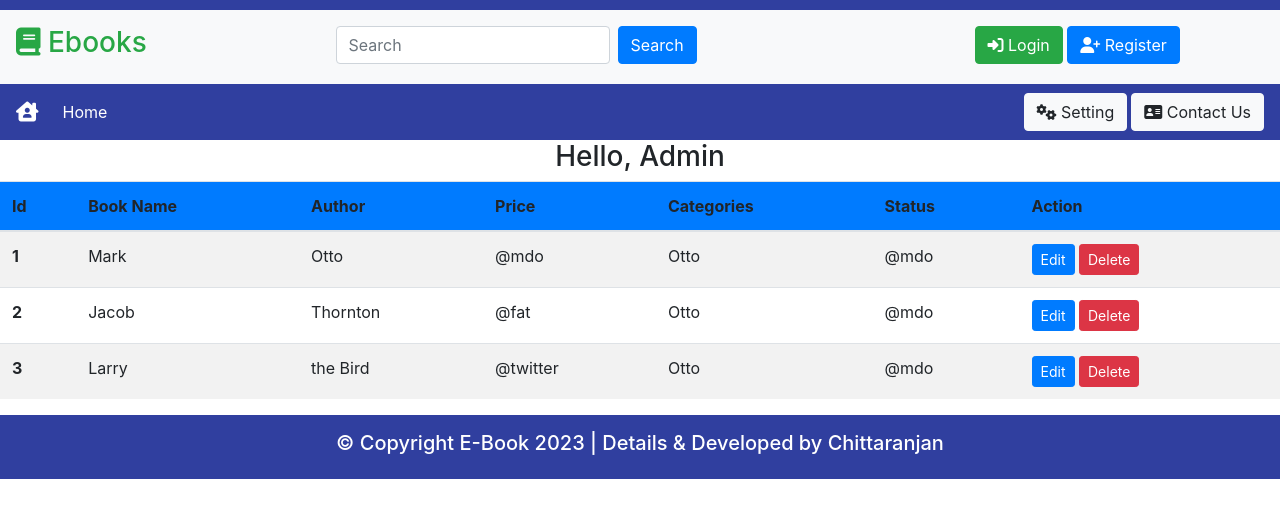
Repository: chittaranjan24/E-Books_Management_System
Page: http://localhost/Ebook-App/admin/all-books.jsp
These files come from the project's save history. The page is drawn as it stood at one moment and after the next save; the edit follows.
The browser window is 1280 px wide. The pictures show the whole page.
Some web libraries are served in a nearby version. The page is served by Tomcat 9.

Above is the page before, as saved 2023-08-26 19:22:52.

After the next save:
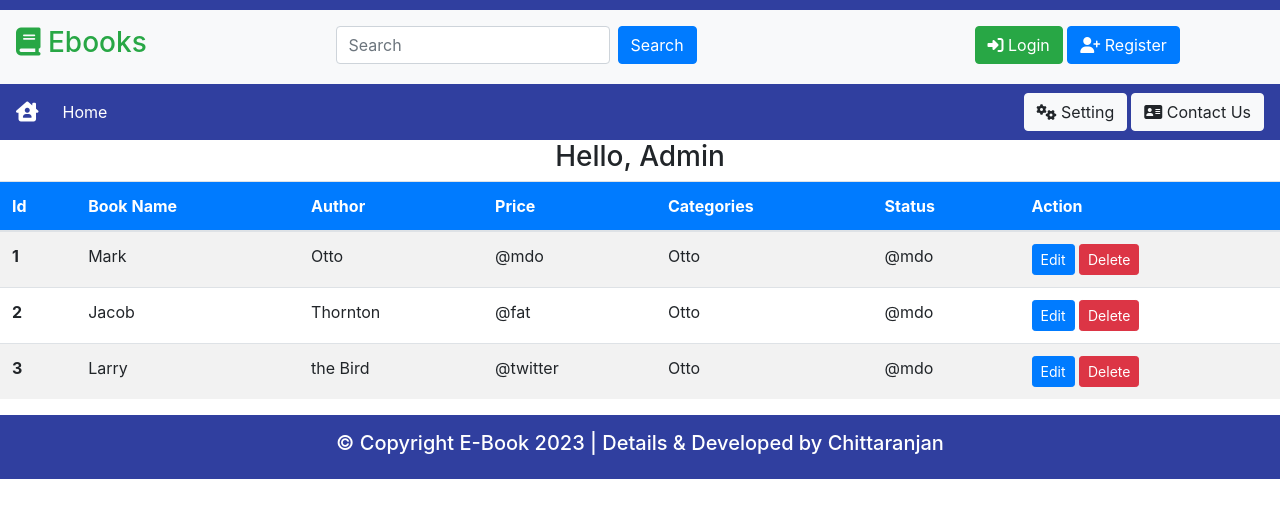
Saved 12 s later.
--- a/Ebook-App/src/main/webapp/admin/all-books.jsp
+++ b/Ebook-App/src/main/webapp/admin/all-books.jsp
@@ -12,7 +12,7 @@
 	<h3 class="text-center">Hello, Admin</h3>
 
 	<table class="table table-striped">
-		<thead class="bg-primary text-ehite">
+		<thead class="bg-primary text-white">
 			<tr>
 				<th scope="col">Id</th>
 				<th scope="col">Book Name</th>
